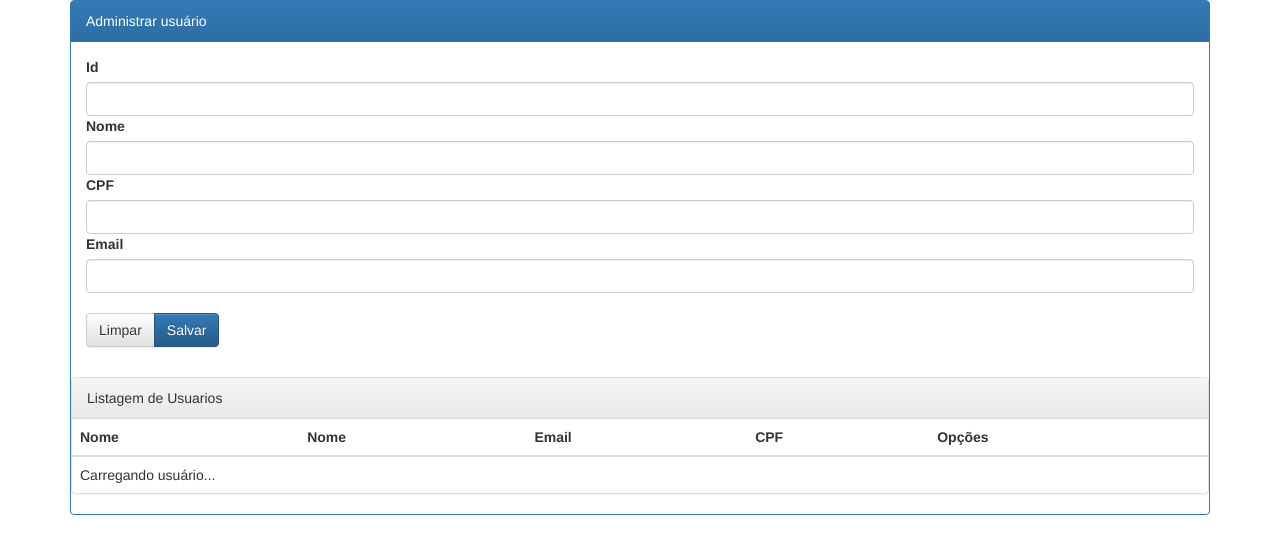
Repository: heloisakrajewski/projeto-leo
Page: Projeto/pyrafilms/WebContent/index.html
The author's editor kept a copy of each file at every save. The page is drawn from the files as they stood at one save, then again after the next save.
The browser window is 1280 px wide. The pictures show the whole page.

Above is the page before, as saved 2016-11-21 23:36:04.
Console error: ReferenceError: listarUsuarios is not defined

### Projeto/pyrafilms/WebContent/index.html
<!DOCTYPE html>
<html lang="pt-br">
<head>
<meta charset="utf-8">
<meta http-equiv="X-UA-Compatible" content="IE=edge">
<meta name="viewport" content="width=device-width, initial-scale=1">
<!-- As 3 meta tags acima *devem* vir em primeiro lugar dentro do `head`; qualquer outro conteúdo deve vir *após* essas tags -->
<title>Pyra Films</title>

<!-- Bootstrap -->
<link href="css/bootstrap.min.css" rel="stylesheet">
<link href="css/bootstrap-theme.min.css" rel="stylesheet">

</head>
<body>

	<div class="container">

		<div class="panel panel-primary">
			<div class="panel-heading">Administrar usuário</div>
			<div class="panel-body">

				<form id="criarCervejaForm">
					<div class="form-group">
						<label>Id</label>
						<input type="text" class="form-control"name="id" />

						<label>Nome</label>
						<input type="text" class="form-control" name="nome" />

						<label>CPF</label>
						<input type="text" class="form-control" name="cpf" />

						<label>Email</label>
						<input type="text" class="form-control" name="email"></input>

						<br />

						<div class="btn-block btn-group">
						<input type="reset" class="btn btn-default" value="Limpar" />
						<input type="button" class="btn btn-primary" value="Salvar"
							onclick="adicionaUsuario();" />
						</div>
					</div>
				</form>
			</div>
			<div class="panel panel-default">
				<!-- Default panel contents -->
				<div class="panel-heading">Listagem de Usuarios</div>
				<table id="grid-usuarios" class="table">
					<thead>
						<tr>
							<th>Nome</th>
							<th>Nome</th>
							<th>Email</th>
							<th>CPF</th>
							<th>Opções</th>
						</tr>
					</thead>
					<tr>
						<td colspan="5">Carregando usuário...</td>
					</tr>
				</table>
			</div>
		</div>
	</div>

	<!-- <div id="images" class="panel" style="float: left;"></div> -->

	<script src="js/jquery-1.10.2.min.js" type="text/javascript"></script>
	<script src="js/json.js" type="text/javascript"></script>
	<script src="js/bootstrap.min.js"></script>
	<script src="js/custom.js" type="text/javascript"></script>
	<script type="text/javascript">
		listarUsuarios();
	</script>
</body>
</html>

### Projeto/pyrafilms/WebContent/js/json.js
/*!
  SerializeJSON jQuery plugin.
  https://github.com/marioizquierdo/jquery.serializeJSON
  version 1.0.1 (Aug 20, 2012)

  Copyright (c) 2012 Mario Izquierdo
  Dual licensed under the MIT (http://www.opensource.org/licenses/mit-license.php)
  and GPL (http://www.opensource.org/licenses/gpl-license.php) licenses.
*/
(function ($) {
  "use strict";

  $.fn.serializeJSON = function () {
    var obj, formAsArray;
    obj = {};
    formAsArray = this.serializeArray();

    $.each(formAsArray, function (i, input) {
      var name, value, keys;
      name = input.name;
      value = input.value;

      // Split the input name in programatically readable keys
      // name = "foo"              => keys = ['foo']
      // name = "[foo]"            => keys = ['foo']
      // name = "foo[inn][bar]"    => keys = ['foo', 'inn', 'bar']
      // name = "foo[inn][arr][0]" => keys = ['foo', 'inn', 'arr', '0']
      // name = "arr[][val]"       => keys = ['arr', '', 'val']
      keys = $.map(name.split('['), function (key) {
        var last;
        last = key[key.length - 1];
        return last === ']' ? key.substring(0, key.length - 1) : key;
      });
      if (keys[0] === '') { keys.shift(); } // "[foo][inn]" should be same as "foo[inn]"

      // Set value in the object using the keys
      $.deepSet(obj, keys, value);
    });
    return obj;
  };

  // Auxiliar function to check if a variable is an Object
  var isObject = function (obj) {
    return obj === Object(obj);
  };

  /**
  Access the object in a deep key and assigns the value:

  // Examples:
  deepSet(obj, ['foo'], v)                //=> obj['foo'] = v
  deepSet(obj, ['foo', 'inn'], v)         //=> obj['foo']['inn'] = v // Create the inner obj['foo'] object, if needed
  deepSet(obj, ['foo', 'inn', 'inn'], v)  //=> obj['foo']['inn']['inn'] = v
  deepSet(obj, ['0'], v)                  //=> obj[0] = v // obj may be an Array
  deepSet(obj, [''], v)                   //=> obj.push(v) // assume obj as array, and add a new value to the end
  deepSet(obj, ['arr', '0'], v)           //=> obj['arr']['0'] = v // obj['arr'] is created as Array if needed
  deepSet(obj, ['arr', ''], v)            //=> obj['arr'].push(v)
  deepSet(obj, ['foo', 'arr', '0'], v)    //=> obj['foo']['arr'][0] = v // obj['foo'] is created as object and obj['foo']['arr'] as a Array, if needed
  deepSet(obj, ['arr', '0', 'foo'], v)    //=> obj['arr']['0']['foo'] = v // obj['foo'] is created as object and obj['foo']['arr'] as a Array and obj['foo']['arr'][0] as object, if needed

  // Complex example with array empty index,
  // it creates a new element, unless there is a nested non repeated key, so it assigns to the last element object:
  var arr = []
  deepSet(arr, [''], v)                   //=> arr === [v]
  deepSet(arr, ['', 'foo'], v)            //=> arr === [v, {foo: v}]
  deepSet(arr, ['', 'bar'], v)            //=> arr === [v, {foo: v, bar: v}]
  deepSet(arr, ['', 'bar'], v)            //=> arr === [v, {foo: v, bar: v}, {bar: v}]
  */
  $.deepSet = function (obj, keys, value) {
    if (!keys || keys.length === 0) { throw new Error("ArgumentError: keys param expected to be an array with least one key"); }
    var key, next, tail, defaultIfNotDefined, lastKey, lastElement;
    key = keys[0];
    next = keys[1];
    if (next !== undefined && next !== null) {
      tail = keys.slice(1);
      if (key === '') { // Empty key with => merge keys in the object element
        lastKey = obj.length - 1;
        lastElement = obj[obj.length - 1];
        if (isObject(lastElement) && !lastElement[next]) { // if next key is a new attribute in the last object element then set the new value in there
          key = lastKey;
        } else { // if the array does not have an object as last element, create one
          obj.push({});
          key = lastKey + 1;
        }
      }
      if (obj[key] === undefined) { // obj[key] ||= defaultIfNotDefined
        defaultIfNotDefined = (next === '' || !isNaN(parseInt(next, 10))) ? [] : {}; // Array or Object depending on next key
        obj[key] = defaultIfNotDefined;
      }
      $.deepSet(obj[key], tail, value); // Recursive access the inner Object
    } else {
      if (key === '') {
        obj.push(value);
      } else {
        obj[key] = value;
      }
    }
  };

}(jQuery));

Loaded but not shown: Projeto/pyrafilms/WebContent/css/bootstrap.min.css (library); Projeto/pyrafilms/WebContent/css/bootstrap-theme.min.css (library); Projeto/pyrafilms/WebContent/js/jquery-1.10.2.min.js (library); Projeto/pyrafilms/WebContent/js/bootstrap.min.js (library); Projeto/pyrafilms/WebContent/js/custom.js (no copy from this time; the picture is the same without it)

After the next save:
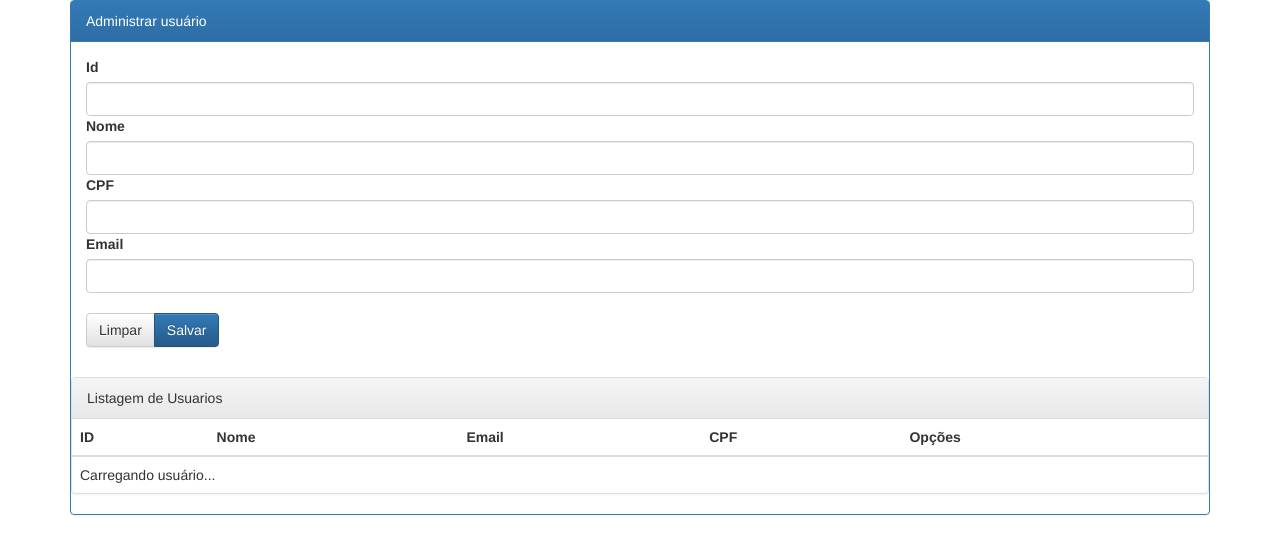
Saved 4 s later.
--- a/Projeto/pyrafilms/WebContent/index.html
+++ b/Projeto/pyrafilms/WebContent/index.html
@@ -50,7 +50,7 @@
 				<table id="grid-usuarios" class="table">
 					<thead>
 						<tr>
-							<th>Nome</th>
+							<th>ID</th>
 							<th>Nome</th>
 							<th>Email</th>
 							<th>CPF</th>
